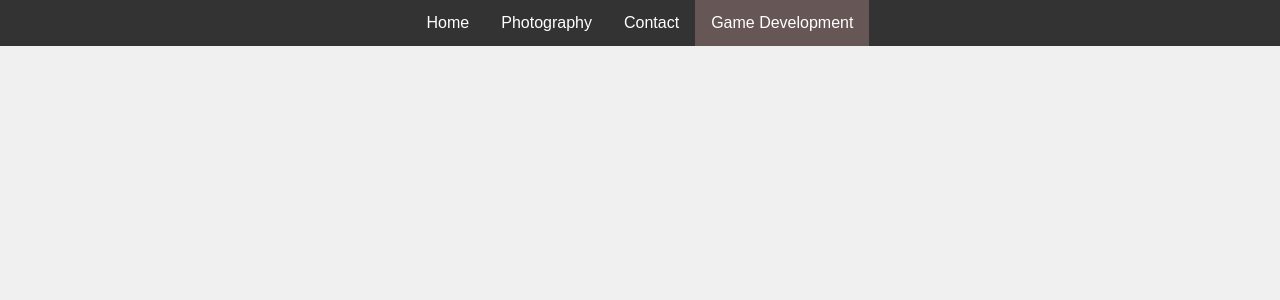
Repository: Argivist/ArgPortfolio
Page: blender/index.html
These files come from the project's save history. The page is drawn as it stood at one moment and after the next save; the edit follows.
The browser window is 1280 px wide. The pictures show the whole page.

Above is the page before, as saved 2025-03-28 16:07:25.

After the next save:
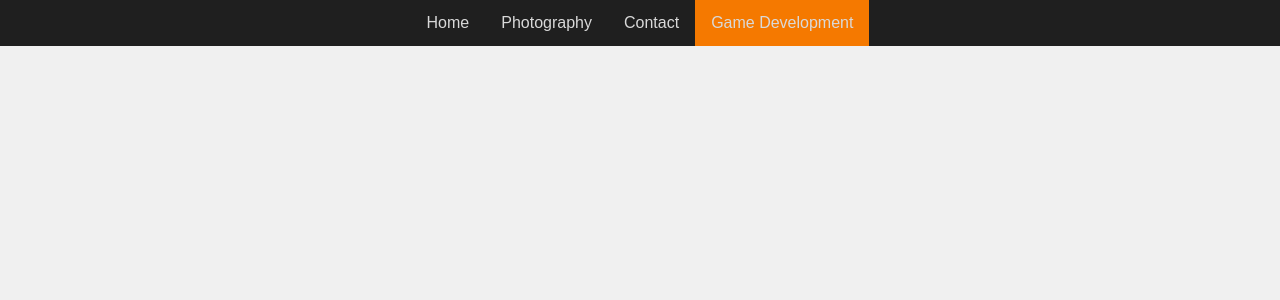
Saved 90 s later.
--- a/css/blender.css
+++ b/css/blender.css
@@ -1,7 +1,8 @@
 :root {
-    --nav-bg: #333;
-    --nav-link-color: #fff;
-    --nav-link-hover-bg: #111;
-    --dropdown-bg: #f9f9f9;
-    --active-bg: #675656;
+    --nav-bg: #1f1f1f;           /* Blender's dark gray background */
+    --nav-link-color: #d9d9d9;   /* Light gray text for contrast */
+    --nav-link-hover-bg: #3d3d3d; /* Slightly lighter gray on hover */
+    --dropdown-bg: #2c2c2c;      /* Dark dropdown background */
+    --active-bg: #f57900;        /* Blender's signature orange */
+    --border-color: #555;        /* Subtle border color */
 }
